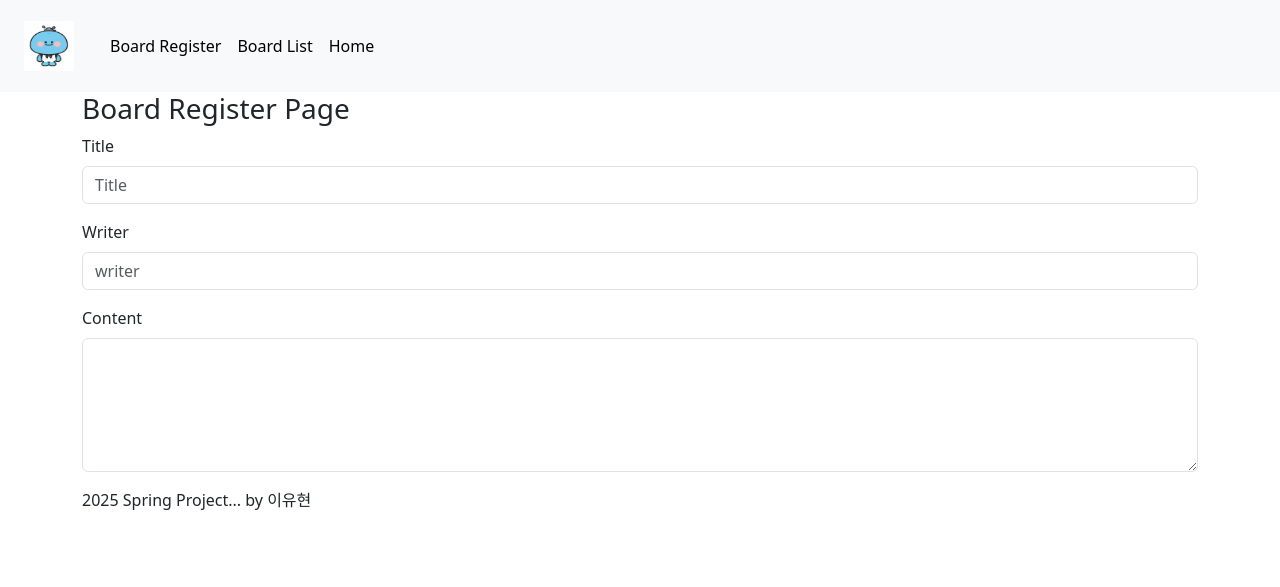
Repository: LeeYouHyeon/6.Spring
Page: http://localhost/spring_project/WEB-INF/views/board/register.jsp
The author's editor kept a copy of each file at every save. The page is drawn from the files as they stood at one save, then again after the next save.
The browser window is 1280 px wide. The pictures show the whole page.
The page is served by Tomcat 9. Nobody is signed in. Other server files are loaded and not shown. The template is opened directly, without the code that normally fills it, so the values that code supplies are empty.

Above is the page before, as saved 2025-05-30 06:45:25.

### spring_project/src/main/webapp/WEB-INF/views/board/register.jsp
<%@ page language="java" contentType="text/html; charset=UTF-8" pageEncoding="UTF-8"%>
<%@ include file="../layout/header.jsp"%>

<div class="container-md">
	<h3>Board Register Page</h3>
	<div class="mb-3">
		<label for="exampleFormControlInput1" class="form-label">Title</label>
		<input type="email" class="form-control" id="exampleFormControlInput1" placeholder="Title" name="title">
	</div>
	<div class="mb-3">
		<label for="exampleFormControlInput1" class="form-label">Writer</label>
		<input type="email" class="form-control" id="exampleFormControlInput1" placeholder="writer" name="writer">
	</div>
	<div class="mb-3">
		<label for="exampleFormControlTextarea1" class="form-label">Content</label>
		<textarea class="form-control" id="exampleFormControlTextarea1" rows="5" name="content"></textarea>
	</div>
</div>

<%@ include file="../layout/footer.jsp"%>

### spring_project/src/main/webapp/WEB-INF/views/layout/header.jsp
<%@ page language="java" contentType="text/html; charset=UTF-8" pageEncoding="UTF-8"%>
<!DOCTYPE html>
<html>
<head>
<meta charset="UTF-8">
<title>Insert title here</title>
<link rel="stylesheet" href="/resources/dist/css/bootstrap.min.css">
<script type="text/javascript" src="/resources/dist/js/bootstrap.bundle.min.js"></script>
</head>
<body>
	<nav class="navbar navbar-expand-lg bg-body-tertiary">
		<div class="container-fluid">
			<nav class="navbar bg-body-tertiary">
				<div class="container">
					<a class="navbar-brand" href="#"> <img src="/resources/image/logo.jpg" alt="Bootstrap" width="50" height="50">
					</a>
				</div>
			</nav>
			<button class="navbar-toggler" type="button" data-bs-toggle="collapse" data-bs-target="#navbarSupportedContent"
				aria-controls="navbarSupportedContent" aria-expanded="false" aria-label="Toggle navigation"
			>
				<span class="navbar-toggler-icon"></span>
			</button>
			<div class="collapse navbar-collapse" id="navbarSupportedContent">
				<ul class="navbar-nav me-auto mb-2 mb-lg-0">
					<li class="nav-item"><a class="nav-link active" aria-current="page" href="/board/register">Board Register</a></li>
					<li class="nav-item"><a class="nav-link active" aria-current="page" href="#">Board List</a></li>
					<li class="nav-item"><a class="nav-link active" aria-current="page" href="#">Home</a></li>
				</ul>
			</div>
		</div>
	</nav>

### spring_project/src/main/webapp/WEB-INF/views/layout/footer.jsp
<%@ page language="java" contentType="text/html; charset=UTF-8"
	pageEncoding="UTF-8"%>

<div class="container-md">2025 Spring Project... by 이유현</div>
</body>
</html>

Loaded but not shown: spring_project/src/main/webapp/resources/dist/css/bootstrap.min.css (library); spring_project/src/main/webapp/resources/dist/js/bootstrap.bundle.min.js (library)

After the next save:
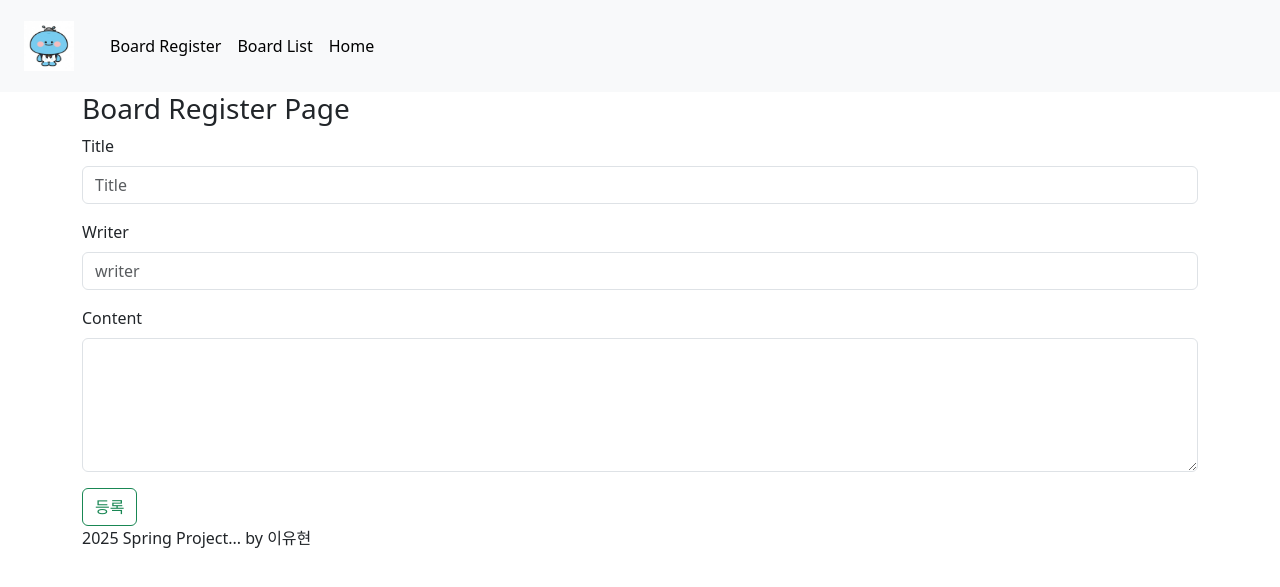
Saved 4 min 59 s later.
--- a/spring_project/src/main/webapp/WEB-INF/views/board/register.jsp
+++ b/spring_project/src/main/webapp/WEB-INF/views/board/register.jsp
@@ -15,6 +15,8 @@
 		<label for="exampleFormControlTextarea1" class="form-label">Content</label>
 		<textarea class="form-control" id="exampleFormControlTextarea1" rows="5" name="content"></textarea>
 	</div>
+
+	<button type="submit" class="btn btn-outline-success">등록</button>
 </div>
 
 <%@ include file="../layout/footer.jsp"%>
